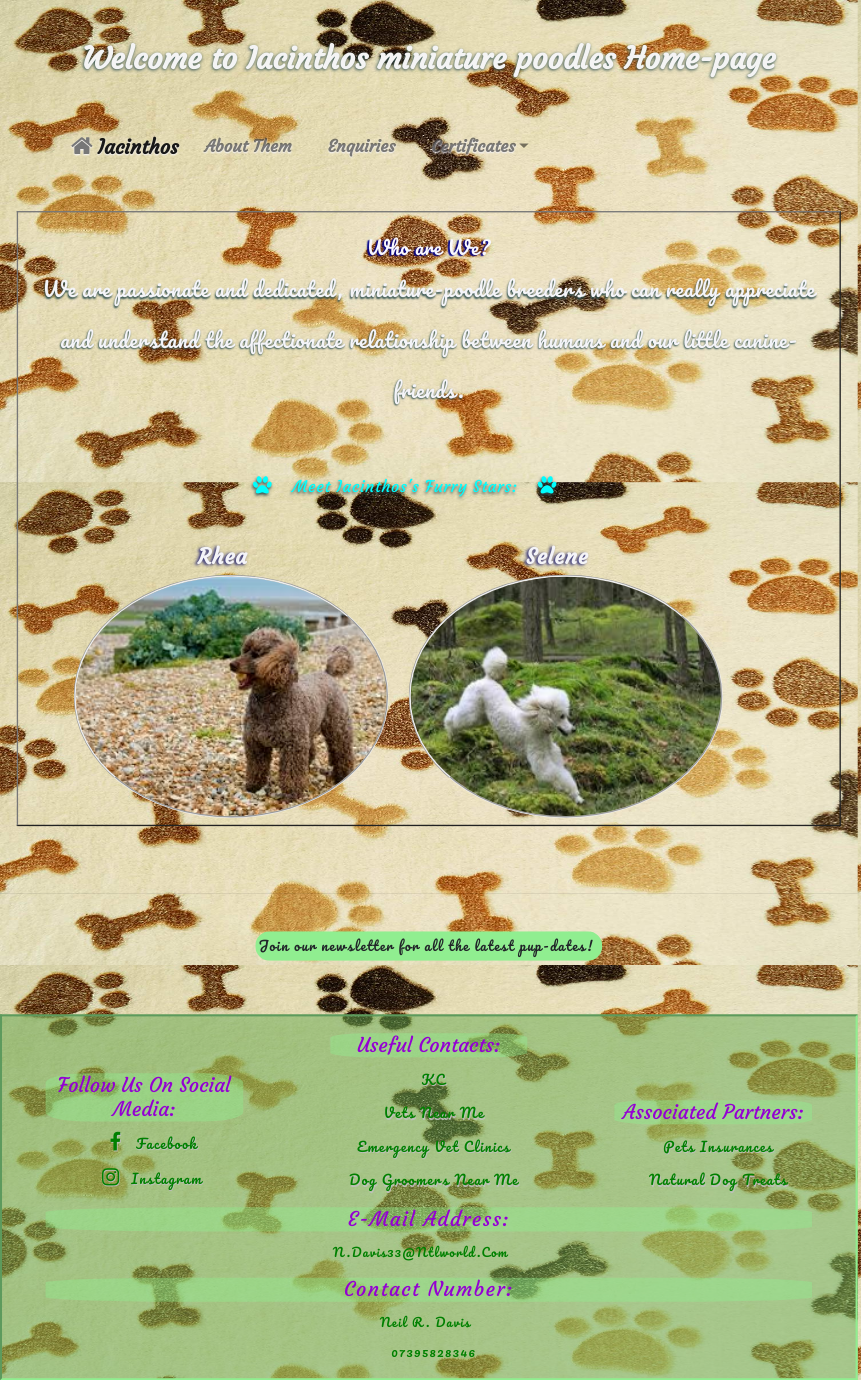
Repository: Code-Institute-Submissions/GeorgiosSklav-Iacinthos-blog
Page: index.html
The author's editor kept a record of every edit. The page is drawn from the files as they stood at one moment, then again after the next edit.
The browser window is 1280 px wide. The page is 1285 px wide, so the pictures cover 1285 px, including what lies to the right of the window. The pictures show the whole page, at 67% of full size.
Backgrounds fixed to the window are drawn as part of the page.

Above is the page before.

After the next edit:
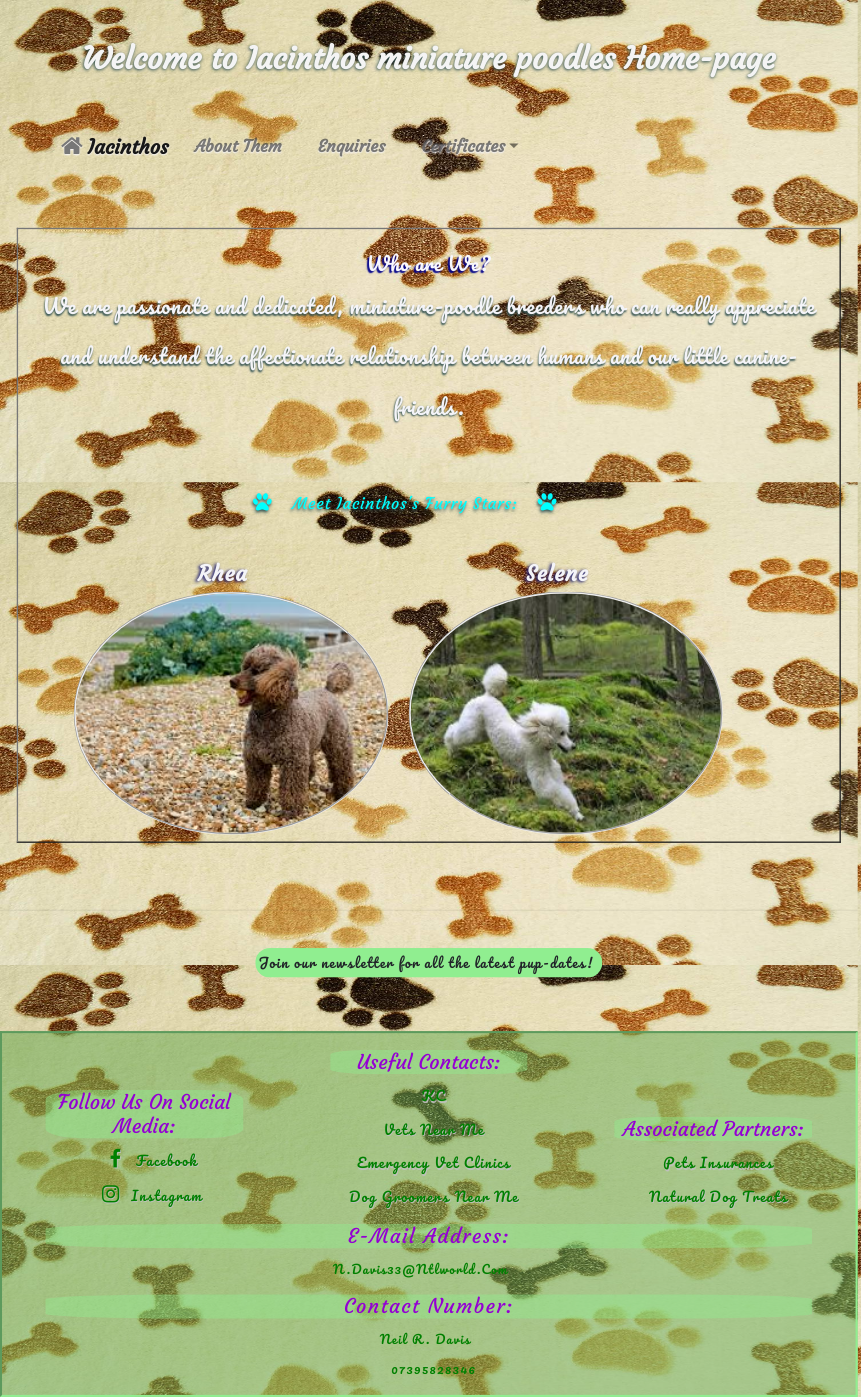
The edit:
--- a/index.html
+++ b/index.html
@@ -17,7 +17,7 @@
 
     <header class="container">
         <div class="row align-items-start homepage">
-            <a href="index.html" class="col-12 logo">
+            <div class="col-12 logo">
                 <h1>Welcome to Iacinthos miniature poodles Home-page</h1>
             </a>
         </div>

After the edit that followed:
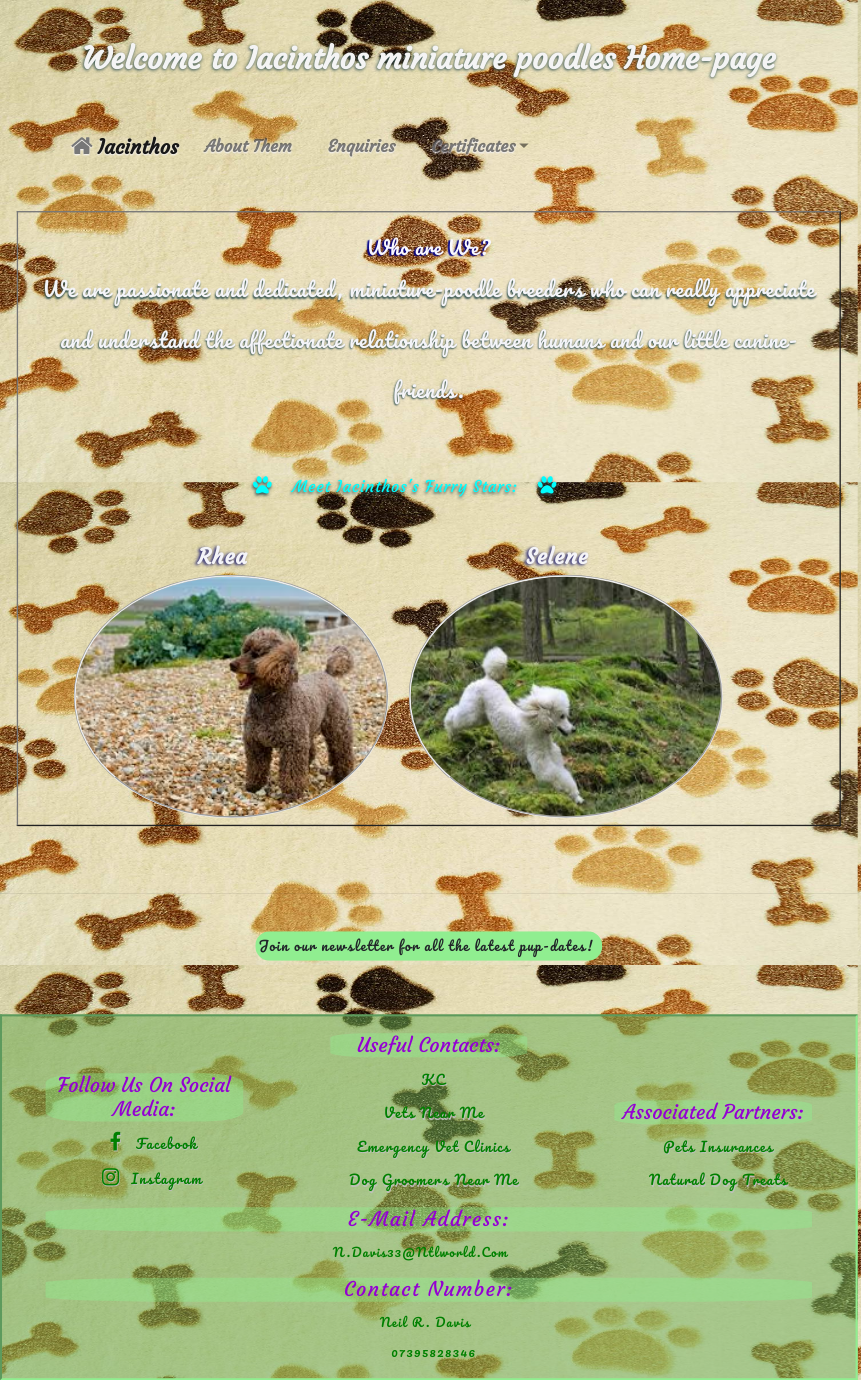
The edit:
--- a/index.html
+++ b/index.html
@@ -19,7 +19,7 @@
         <div class="row align-items-start homepage">
             <div class="col-12 logo">
                 <h1>Welcome to Iacinthos miniature poodles Home-page</h1>
-            </a>
+            </div>
         </div>
         <nav class="navbar navbar-light navbar-expand-sm">
             <a href="index.html" class="navbar-brand" disabled><i class="fa fa-home"></i>Iacinthos</a>
